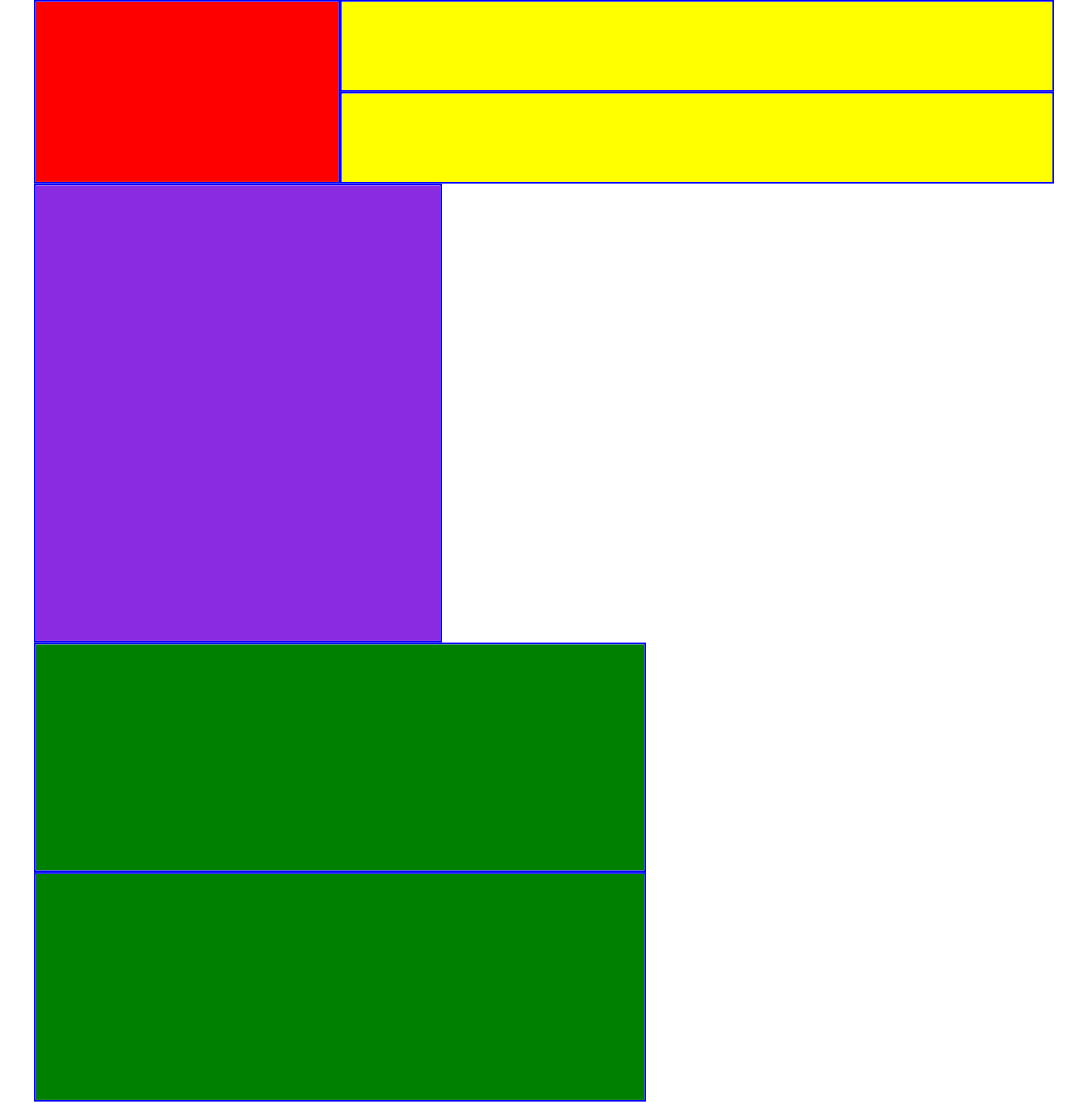
Repository: Tan-Khang21/TH_TKW--Buoi_03
Page: BT_tren_lop/Bai_3/Frame4/frame4.html
These files come from the project's save history. The page is drawn as it stood at one moment and after the next save; the edit follows.
The browser window is 1280 px wide. The pictures show the whole page, at 85% of full size.

Above is the page before, as saved 2024-03-04 20:04:39.

### BT_tren_lop/Bai_3/Frame4/frame4.html
<!DOCTYPE html>
<html lang="en">
  <head>
    <meta charset="UTF-8" />
    <meta name="viewport" content="width=device-width, initial-scale=1.0" />
    <title>Document</title>
  </head>
  <body style="height: 150vh; margin: 0; padding: 0">
    <div style="width: 1200px; height: 100%; min-height: 100%; margin: 0 auto">
      <div style="height: 20%; width: 100%">
        <iframe
          src="Col1.html"
          frameborder="0"
          style="
            height: 100%;
            width: 30%;
            box-sizing: border-box;
            display: block;
            border: 2px solid blue;
            margin: 0;
            padding: 0;
            float: left;
          "
        ></iframe>
        <iframe
          src="Col2Row1.html"
          frameborder="0"
          style="
            height: 50%;
            width: 70%;
            box-sizing: border-box;
            display: block;
            border: 2px solid blue;
            margin: 0;
            padding: 0;
          "
        ></iframe>
        <iframe
          src="Col2Row2.html"
          frameborder="0"
          style="
            height: 50%;
            width: 70%;
            box-sizing: border-box;
            display: block;
            border: 2px solid blue;
            margin: 0;
            padding: 0;
          "
        ></iframe>
      </div>
      <div style="height: 50%; width: 100%">
        <iframe
        src="Row3Col1Row1.html"
        frameborder="0"
        style="
          height: 100%;
          width: 40%;
          box-sizing: border-box;
          display: block;
          border: 2px solid blue;
          margin: 0;
          padding: 0;
        "
      ></iframe>
        <iframe
          src="Row2Col1Row2.html"
          frameborder="0"
          style="
            height: 50%;
            width: 60%;
            box-sizing: border-box;
            display: block;
            border: 2px solid blue;
            margin: 0;
            padding: 0;
          "
        ></iframe>
        <iframe
          src="Row2Col1Row1.html"
          frameborder="0"
          style="
            height: 50%;
            width: 60%;
            box-sizing: border-box;
            display: block;
            border: 2px solid blue;
            margin: 0;
            padding: 0;
          "
        ></iframe>
      </div>
    </div>
  </body>
</html>

### BT_tren_lop/Bai_3/Frame4/Col1.html
<!DOCTYPE html>
<html lang="en">
<head>
    <meta charset="UTF-8">
    <meta name="viewport" content="width=device-width, initial-scale=1.0">
    <title>Document</title>
</head>
<body style="background-color: red;">

</body>
</html>

### BT_tren_lop/Bai_3/Frame4/Col2Row1.html

    <!DOCTYPE html>
<html lang="en">
<head>
    <meta charset="UTF-8">
    <meta name="viewport" content="width=device-width, initial-scale=1.0">
    <title>Document</title>
</head>
<body style="background-color: yellow;">

</body>
</html>

### BT_tren_lop/Bai_3/Frame4/Col2Row2.html

    <!DOCTYPE html>
<html lang="en">
<head>
    <meta charset="UTF-8">
    <meta name="viewport" content="width=device-width, initial-scale=1.0">
    <title>Document</title>
</head>
<body style="background-color: yellow;">

</body>
</html>

### BT_tren_lop/Bai_3/Frame4/Row3Col1Row1.html

    <!DOCTYPE html>
<html lang="en">
<head>
    <meta charset="UTF-8">
    <meta name="viewport" content="width=device-width, initial-scale=1.0">
    <title>Document</title>
</head>
<body style="background-color: blueviolet;">

</body>
</html>

### BT_tren_lop/Bai_3/Frame4/Row2Col1Row2.html
   <!DOCTYPE html>
<html lang="en">
<head>
    <meta charset="UTF-8">
    <meta name="viewport" content="width=device-width, initial-scale=1.0">
    <title>Document</title>
</head>
<body style="background-color:green;">

</body>
</html>

### BT_tren_lop/Bai_3/Frame4/Row2Col1Row1.html
   <!DOCTYPE html>
<html lang="en">
<head>
    <meta charset="UTF-8">
    <meta name="viewport" content="width=device-width, initial-scale=1.0">
    <title>Document</title>
</head>
<body style="background-color:green;">

</body>
</html>

After the next save:
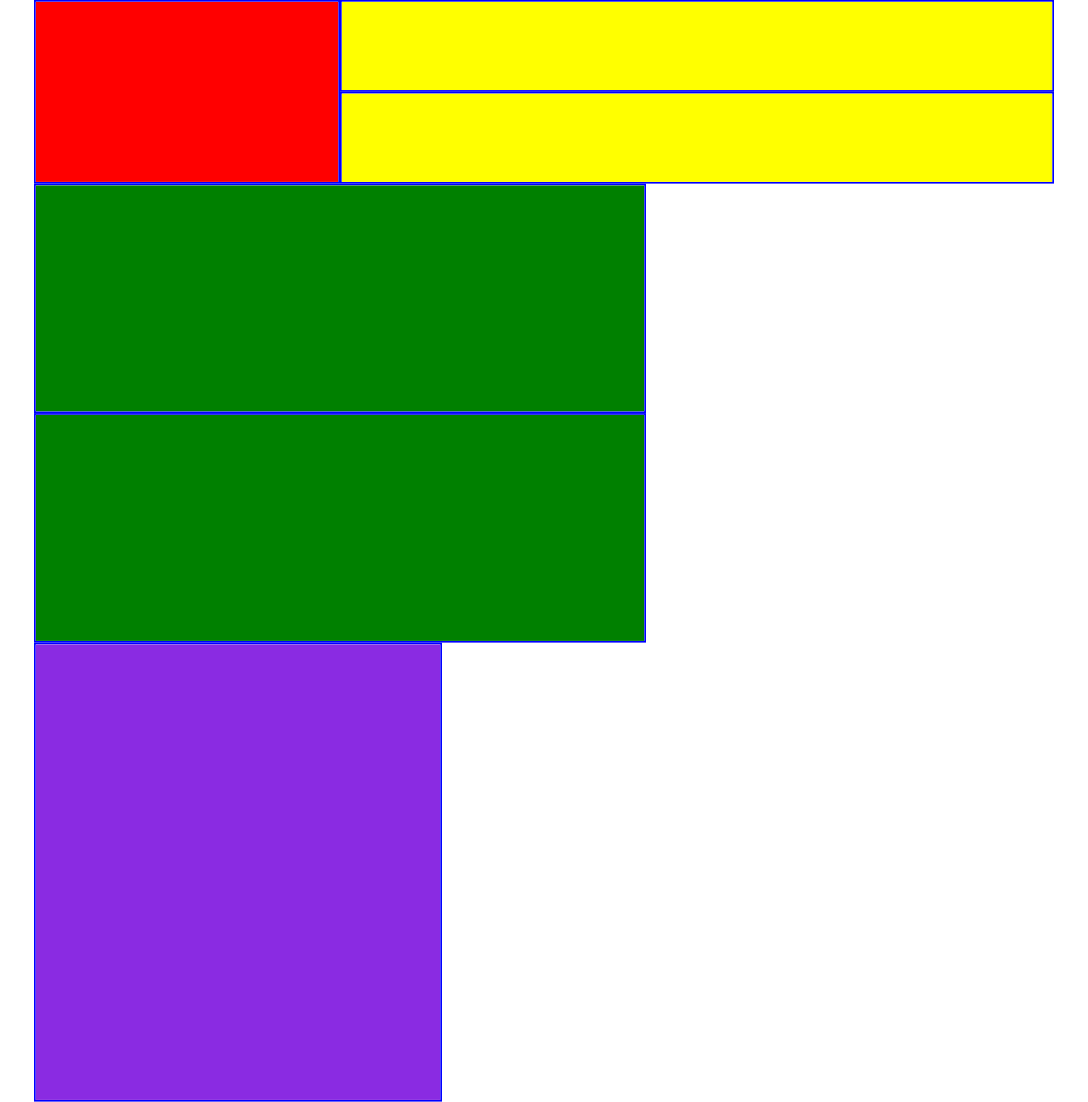
Saved 3 min 28 s later.
--- a/BT_tren_lop/Bai_3/Frame4/frame4.html
+++ b/BT_tren_lop/Bai_3/Frame4/frame4.html
@@ -51,19 +51,6 @@
       </div>
       <div style="height: 50%; width: 100%">
         <iframe
-        src="Row3Col1Row1.html"
-        frameborder="0"
-        style="
-          height: 100%;
-          width: 40%;
-          box-sizing: border-box;
-          display: block;
-          border: 2px solid blue;
-          margin: 0;
-          padding: 0;
-        "
-      ></iframe>
-        <iframe
           src="Row2Col1Row2.html"
           frameborder="0"
           style="
@@ -89,6 +76,19 @@
             padding: 0;
           "
         ></iframe>
+        <iframe
+          src="Row3Col1Row1.html"
+          frameborder="0"
+          style="
+            height: 100%;
+            width: 40%;
+            box-sizing: border-box;
+            display: block;
+            border: 2px solid blue;
+            margin: 0;
+            padding: 0;
+          "
+        ></iframe>
       </div>
     </div>
   </body>
